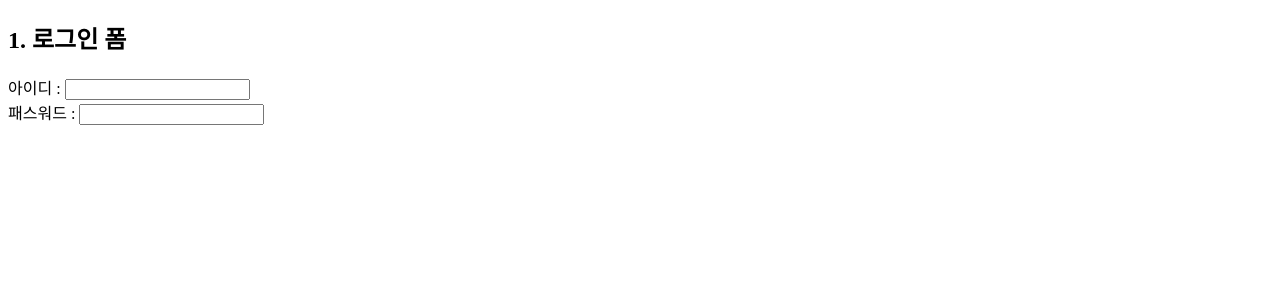
Repository: parkblacksheep/JSP-Servlet
Page: http://localhost/HelloJSP2_2/object2/responseMain.jsp
An editor plug-in stored every save of this project. The page is shown before and after the next save, followed by the edit.
The browser window is 1280 px wide. The pictures show the whole page.
The page is served by Tomcat 9.

Above is the page before, as saved 2024-07-25 03:18:10.

After the next save:
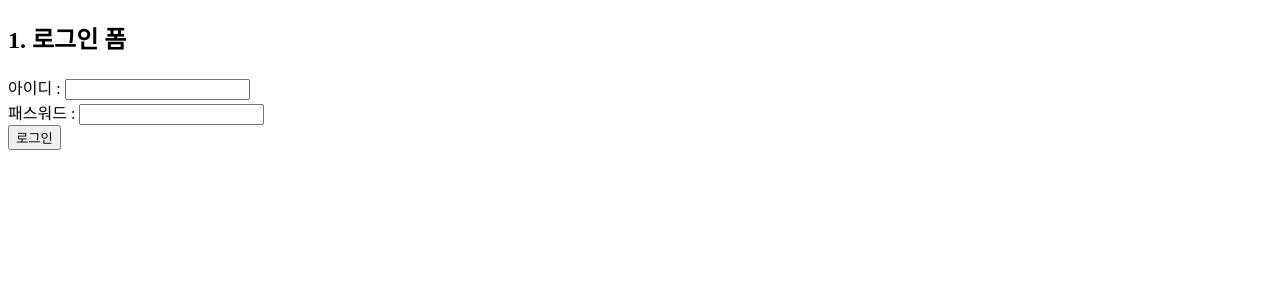
Saved 23 s later.
--- a/HelloJSP2_2/src/main/webapp/object2/responseMain.jsp
+++ b/HelloJSP2_2/src/main/webapp/object2/responseMain.jsp
@@ -11,7 +11,8 @@
 		<h2>1. 로그인 폼</h2>
 		<form action="../object2/responseLogin.jsp" method="post">
 		아이디 : <input type="text" name="user_id"><br>
-		패스워드 : <input type="password" name="user_pw">
+		패스워드 : <input type="password" name="user_pw"><br>
+		<input type="submit" value="로그인"/>
 		</form>
 	</body>
 </html>
